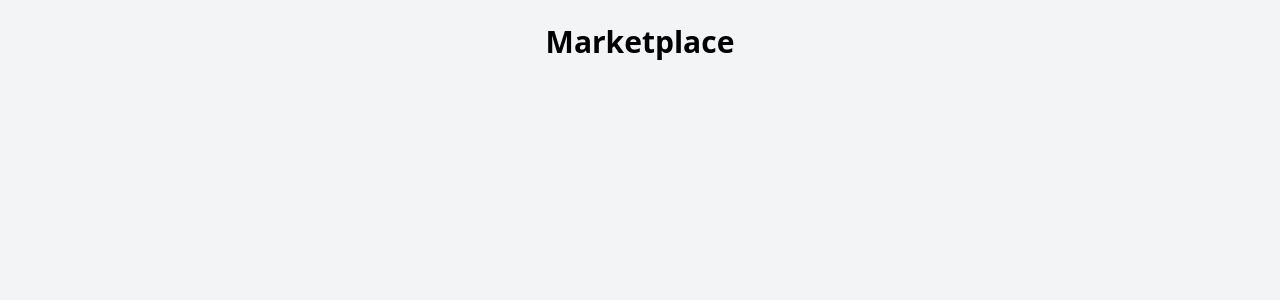
Repository: Omkar0746/VendorLink_Hackathon
Page: VendorLink_Project-main/frontend/marketplace.html
These files come from the project's save history. The page is drawn as it stood at one moment and after the next save; the edit follows.
The browser window is 1280 px wide. The pictures show the whole page.
The page's requests for data from a server got no answer. Some web libraries are served in a nearby version.

Above is the page before, as saved 2025-11-27 16:09:07.

After the next save:
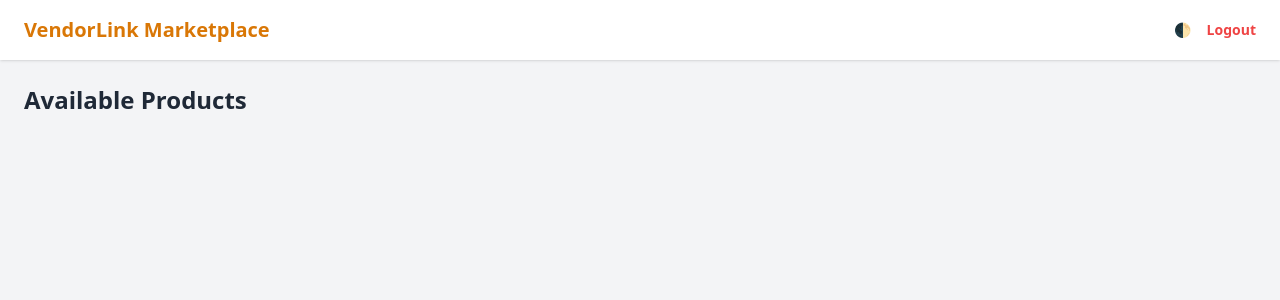
Saved 9 s later.
--- a/VendorLink_Project-main/frontend/marketplace.html
+++ b/VendorLink_Project-main/frontend/marketplace.html
@@ -1,16 +1,25 @@
 <!DOCTYPE html>
-<html>
+<html lang="en" class="bg-gray-100 dark:bg-gray-900">
 <head>
-    <meta charset="UTF-8">
-    <title>VendorLink • Marketplace</title>
-    <script src="https://cdn.tailwindcss.com"></script>
+  <meta charset="UTF-8">
+  <title>VendorLink • Marketplace</title>
+  <script src="https://cdn.tailwindcss.com"></script>
+  <script>tailwind.config = { darkMode: 'class' }</script>
 </head>
+<body class="min-h-screen">
 
-<body class="bg-gray-100">
+<nav class="bg-white dark:bg-gray-800 shadow px-6 py-4 flex justify-between items-center">
+  <h1 class="text-xl font-bold text-amber-600">VendorLink Marketplace</h1>
+  <div class="flex gap-4 items-center">
+    <button id="themeToggle" class="text-sm text-gray-600 dark:text-gray-300">🌓</button>
+    <button id="logoutBtn" class="text-sm text-red-500 font-semibold">Logout</button>
+  </div>
+</nav>
 
-<h1 class="text-3xl font-bold p-6 text-center">Marketplace</h1>
-
-<div id="market-container" class="grid grid-cols-1 sm:grid-cols-2 md:grid-cols-3 gap-6 px-8 pb-10"></div>
+<main class="p-6">
+  <h2 class="text-2xl font-semibold text-gray-800 dark:text-gray-100 mb-4">Available Products</h2>
+  <div id="productGrid" class="grid grid-cols-1 sm:grid-cols-2 md:grid-cols-3 gap-6"></div>
+</main>
 
 <script type="module" src="assets/js/marketplace.js"></script>
 </body>
